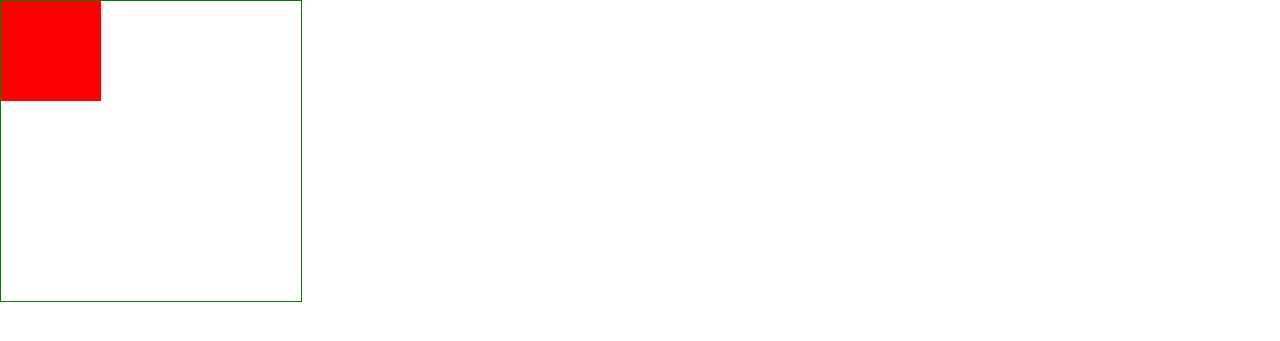
Repository: 319226862/wyy
Page: JavaScript/center.html
These files come from the project's save history. The page is drawn as it stood at one moment and after the next save; the edit follows.
The browser window is 1280 px wide. The pictures show the whole page.

Above is the page before, as saved 2023-07-25 21:49:14.

### JavaScript/center.html
<!DOCTYPE html>
<html lang="en">
<head>
    <meta charset="UTF-8">
    <meta name="viewport" content="width=device-width, initial-scale=1.0">
    <title>Document</title>
    <style>
        html, body{
            margin: 0;
            padding: 0;
        }
        #main{
            width: 300px;
            height: 300px;
            border: 1px solid green;
            display: grid;
            align-self:center;
        }
        #box{
            width: 100px;
            height: 100px;
            background-color: red;
        }
    </style>
</head>
<body>
    <div id="main">
        <div id="box"></div>
    </div>
</body>
</html>

After the next save:
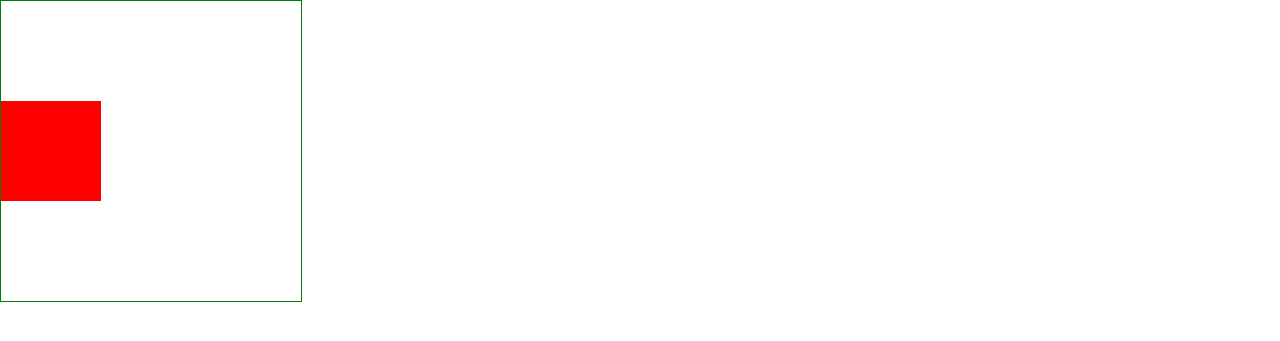
Saved 16 s later.
--- a/JavaScript/center.html
+++ b/JavaScript/center.html
@@ -14,9 +14,9 @@
             height: 300px;
             border: 1px solid green;
             display: grid;
-            align-self:center;
         }
         #box{
+            align-self:center;
             width: 100px;
             height: 100px;
             background-color: red;
